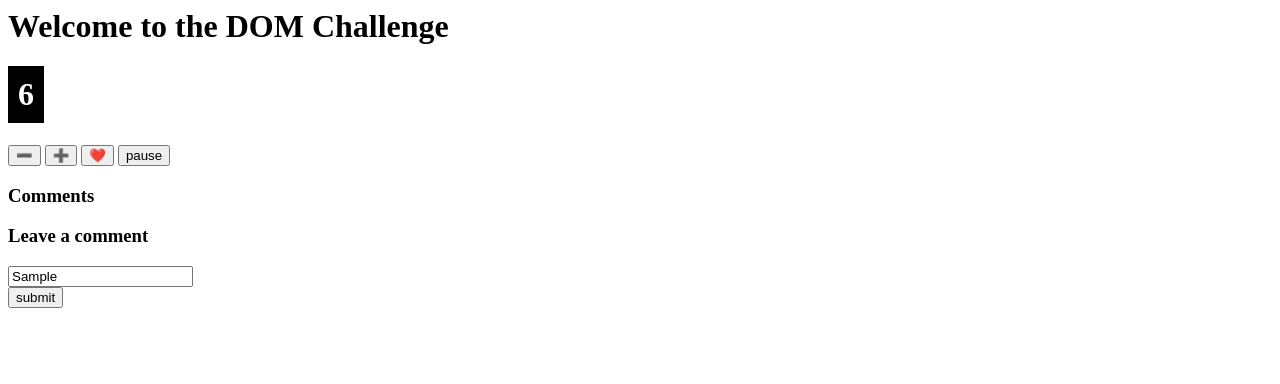
Repository: learn-co-students/jsdom-dom-challenge-onl01-seng-pt-012120
Page: index.html
An editor plug-in stored every save of this project. The page is shown before and after the next save, followed by the edit.
The browser window is 1280 px wide. The pictures show the whole page.
Empty fields were first filled with sample values (such as "Sample", 5 or name@example.com).
After loading, the first visible `#comment-form` was submitted once.

Above is the page before, as saved 2020-08-03 11:16:30.
Console error: TypeError: comList.appendChild is not a function

After the next save:
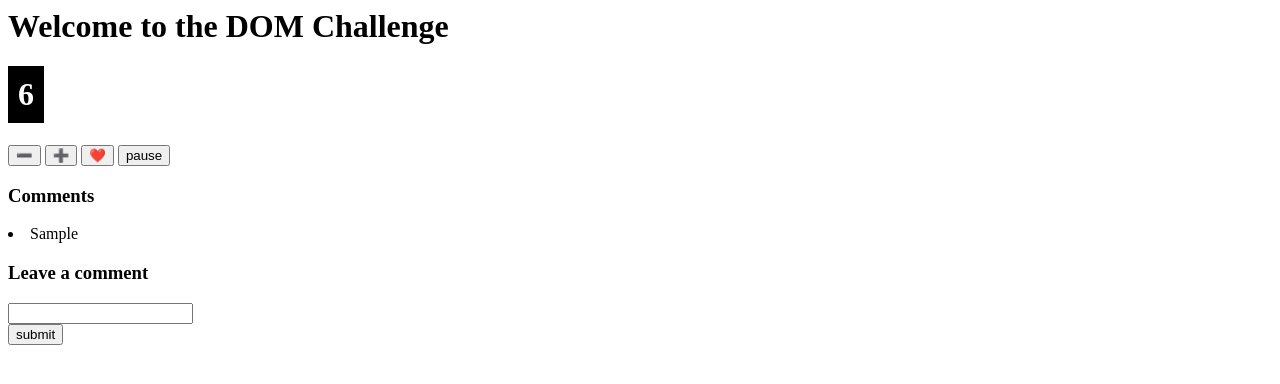
The error is gone.
Saved 98 s later.
--- a/js/challenge.js
+++ b/js/challenge.js
@@ -99,7 +99,7 @@ document.addEventListener('DOMContentLoaded', () =>{
         // comment field that contains the text of the comment
         let comment = document.getElementById("comment-input");
         // comment list element
-        let comList = document.getElementsByClassName('comments');
+        let comList = document.getElementsByClassName('comments')[0];
         let newComment = document.createElement('li');
         newComment.innerText = comment.value;
         debugger;
